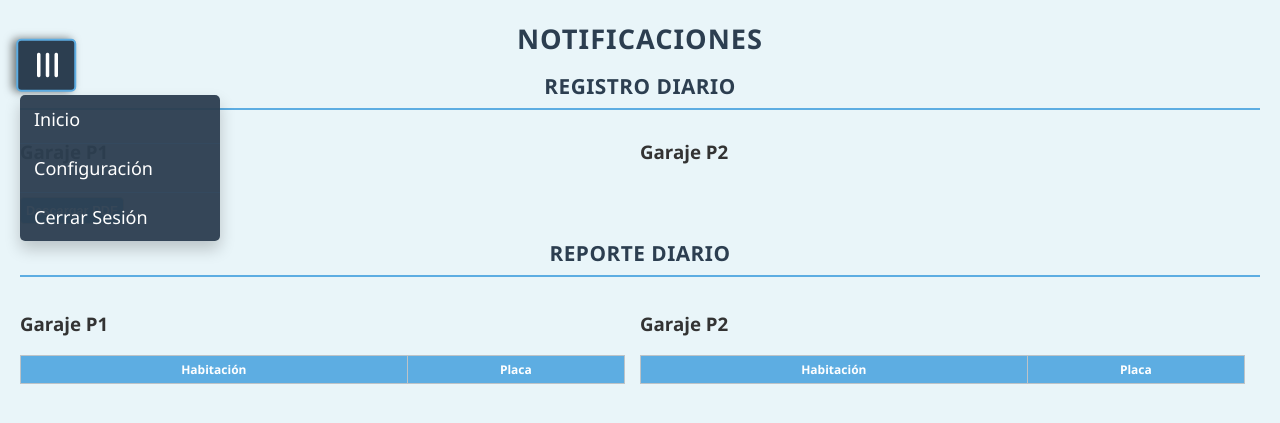
Repository: EddyWebz/base-datos
Page: privado/report.html
The author's editor kept a copy of each file at every save. The page is drawn from the files as they stood at one save, then again after the next save.
The browser window is 1280 px wide. The pictures show the whole page.
After loading, the first visible `button.menu-icon` was clicked once.
The page's requests for data from a server got no answer.

Above is the page before, as saved 2024-08-29 21:52:24.

### privado/report.html
<!DOCTYPE html>
<html lang="es">
<head>
    <meta charset="UTF-8">
    <meta name="viewport" content="width=device-width, initial-scale=1, maximum-scale=1, user-scalable=no"> <!-- Desactiva el zoom -->
    <title>Notificaciones y Reportes de Vehículos</title>
    <!-- Vinculación al archivo CSS de notificaciones -->
    <link rel="apple-touch-icon" sizes="180x180" href="/ico.rep/apple-touch-icon.png">
    <link rel="icon" type="image/png" sizes="32x32" href="/ico.rep/favicon-32x32.png">
    <link rel="icon" type="image/png" sizes="16x16" href="/ico.rep/favicon-16x16.png">
    <link rel="manifest" href="/ico.rep/site.webmanifest">
    <link rel="stylesheet" href="/notif.css">
    <!-- Iconos de Font Awesome -->
    <link rel="stylesheet" href="https://cdnjs.cloudflare.com/ajax/libs/font-awesome/6.0.0-beta3/css/all.min.css">
    <script src="https://cdnjs.cloudflare.com/ajax/libs/html2pdf.js/0.9.2/html2pdf.bundle.min.js"></script>
</head>
<body>
    <!-- Menú desplegable -->
    <div class="dropdown-menu">
        <button class="menu-icon">
            <i class="fas fa-bars"></i> <!-- Ícono de Font Awesome -->
        </button>
        <div class="dropdown-content">
            <a href="#" id="home-link">Inicio</a>
            <a href="#" id="home-link">Configuración</a>
            <a href="#" id="logout-button">Cerrar Sesión</a>
        </div>
    </div>

    <!-- Encabezado de la página -->
    <header>
        <h1>Notificaciones</h1>
    </header>

    <!-- Sección de Notificaciones Activas -->
    <section id="notificaciones">
        <h2>Registro Diario</h2>
        <div class="notificaciones-garajes">
            <div class="garaje">
                <h3>Garaje P1</h3>
                <div id="notificaciones-contenedor-P1" class="notificaciones-contenedor">
                    <!-- Las notificaciones dinámicas de P1 se insertarán aquí -->
                </div>
            </div>
            <div class="garaje">
                <h3>Garaje P2</h3>
                <div id="notificaciones-contenedor-P2" class="notificaciones-contenedor">
                    <!-- Las notificaciones dinámicas de P2 se insertarán aquí -->
                </div>
            </div>
        </div>
    </section>

    <!-- Sección de Reportes -->
    <form id="form-reporte">
        <!-- Botón de Imprimir -->
        <button type="button" id="btn-imprimir">Descargar PDF</button>
    </form>
    <h2>Reporte Diario</h2>

    <div class="reportes-garajes" id="Imprimir">
        <div class="garaje">
            <h3>Garaje P1</h3>
            <table id="tabla-reporte-P1" class="compact-table">
                <thead>
                    <tr>
                        <th>Habitación</th>
                        <th>Placa</th>
                    </tr>
                </thead>
                <tbody>
                    <!-- Las filas de datos se insertarán dinámicamente aquí -->
                </tbody>
            </table>
        </div>

        <div class="garaje">
            <h3>Garaje P2</h3>
            <table id="tabla-reporte-P2" class="compact-table">
                <thead>
                    <tr>
                        <th>Habitación</th>
                        <th>Placa</th>
                    </tr>
                </thead>
                <tbody>
                    <!-- Las filas de datos se insertarán dinámicamente aquí -->
                </tbody>
            </table>
        </div>
    </div>

    <!-- Vinculación al archivo JavaScript de notificaciones y reportes -->
    <script src="/report.js"></script>
</body>
</html>

### BASE-2/notif.css
/* Estilos Generales */
body {
    font-family: 'Segoe UI', Tahoma, Geneva, Verdana, sans-serif;
    background-color: #e9f5f9; /* Un fondo azul claro suave */
    color: #333;
    margin: 20px;
    padding: 0;
    box-sizing: border-box;
}

/* Encabezado */
header h1 {
    text-align: center;
    color: #2c3e50;
    font-size: 1.7em;
    margin-bottom: 11px;
    text-transform: uppercase;
    letter-spacing: 1px;
    animation: fadeIn 1s ease-in-out;
}

/* Estilo unificado para h2 */
h2 {
    color: #2c3e50; /* Un color azul oscuro */
    font-size: 1.3em; /* Tamaño de fuente ajustado */
    font-weight: bold;
    text-align: center; /* Centrar los títulos */
    margin-top: 15px;
    margin-bottom: 15px;
    padding-bottom: 8px;
    border-bottom: 2px solid #5dade2; /* Añadir un borde inferior para separar visualmente */
    letter-spacing: 0.5px;
    text-transform: uppercase; /* Convertir a mayúsculas para consistencia */
    animation: fadeIn 1s ease-in-out;
}

/* Sección de Notificaciones */
#notificaciones h2 {
    margin-bottom: 10px;
    animation: fadeIn 1s ease-in-out;
}

.notificaciones-garajes {
    display: flex;
    justify-content: space-between; /* Permite que los contenedores de garaje ocupen todo el ancho */
}

.garaje {
    flex: 1;
    margin-right: 15px; /* Reducir espacio entre columnas de garajes */
}

.notificaciones-contenedor {
    display: flex;
    flex-direction: column;
    gap: 3px; /* Reducir el espacio entre notificaciones */
    animation: slideInUp 0.5s ease-in-out;
}

.notificacion {
    background-color: #ffffff;
    border-left: 3px solid #5dade2; /* Azul suave para el borde */
    padding: 3px; /* Reducir padding interno */
    box-shadow: 0 2px 4px rgba(0, 0, 0, 0.1);
    border-radius: 4px;
    width: 100%;  /* Ocupa todo el ancho disponible */
    transition: transform 0.3s ease, box-shadow 0.3s ease;
    cursor: pointer;
    font-size: 0.9em; /* Reducir tamaño de la fuente */
}

.notificacion:hover {
    transform: translateY(-2px);
    box-shadow: 0 4px 6px rgba(0, 0, 0, 0.15);
}

/* Botón Descargar PDF */
button {
    padding: 8px 16px; /* Reducir tamaño del botón */
    background-color: #3498db;
    border: none;
    border-radius: 5px;
    color: white;
    font-weight: bold;
    cursor: pointer;
    transition: background-color 0.3s ease;
    margin-top: 15px; /* Agregar margen superior para separarlo del contenido */
}

button:hover {
    background-color: #2980b9;
}

/* Sección de Reportes */
#reportes h2 {
    margin-bottom: 10px;
    animation: fadeIn 1s ease-in-out;
}

#form-reporte {
    display: flex;
    flex-wrap: wrap;
    gap: 10px;
    margin-bottom: 10px;
}

#form-reporte input, #form-reporte button {
    padding: 5px;
    border-radius: 4px;
    border: 1px solid #bdc3c7;
    font-size: 0.8em;
}

#form-reporte button {
    background-color: #3498db; /* Azul suave para el botón */
    color: #ffffff;
    cursor: pointer;
    transition: background-color 0.3s ease, transform 0.3s ease;
}

#form-reporte button:hover {
    background-color: #2980b9; /* Azul más oscuro al pasar el ratón */
    transform: translateY(-2px);
}

/* Tablas de Reportes */
.reportes-garajes {
    display: flex;
    justify-content: space-between; /* Permite que las tablas de garaje ocupen todo el ancho */
}

.compact-table {
    width: 100%;
    border-collapse: collapse;
    margin-bottom: 15px; /* Reducir espacio inferior */
    font-size: 0.75em; /* Reducir tamaño de la fuente */
}

.compact-table th, .compact-table td {
    border: 1px solid #bdc3c7;
    padding: 5px; /* Reducir padding */
    text-align: center;
    background-color: #f2f6f9; /* Azul claro suave */
    color: #2c3e50;
    transition: background-color 0.3s ease;
}

.compact-table th {
    background-color: #5dade2; /* Azul suave para encabezados */
    color: white;
}

.compact-table tr:nth-child(even) {
    background-color: #ecf7fa; /* Azul aún más claro */
}

.compact-table tr:hover {
    background-color: #d0e9f5; /* Color al pasar el ratón */
}

/* Estilo del menú desplegable */
.dropdown-menu {
    position: absolute;
    top: 20px;
    left: 20px;
    z-index: 1000;
}

.menu-icon {
    background-color: #2c3e50;
    color: #ffffff;
    border: 2px solid #5dade2;
    padding: 8px;
    border-radius: 5px;
    cursor: pointer;
    font-size: 18px;
    transition: padding 0.6s cubic-bezier(0.4, 0.0, 0.2, 1),
                font-size 0.6s cubic-bezier(0.4, 0.0, 0.2, 1),
                background-color 0.6s ease,
                transform 0.6s cubic-bezier(0.4, 0.0, 0.2, 1);
    box-shadow: 0 4px 8px rgba(0, 0, 0, 0.5);
    transform: rotate(0deg);
}

.menu-icon:hover {
    background-color: #34495e;
    transform: scale(1.1);
}

.menu-icon.open {
    transform: rotate(90deg);
    transition: transform 0.6s cubic-bezier(0.4, 0.0, 0.2, 1);
}

/* Estilo del contenido desplegable con animación */
.dropdown-content {
    display: block; /* Cambiado para asegurar que esté siempre visible y manejado solo por la animación */
    position: absolute;
    left: 0;
    top: 100%;
    background-color: rgba(44, 62, 80, 0.95);
    min-width: 160px;
    box-shadow: 0px 8px 16px 0px rgba(0,0,0,0.2);
    border-radius: 5px;
    z-index: 1001;
    opacity: 0;
    transform: translateY(-10px); /* Ajuste para una transición suave */
    transition: opacity 0.5s ease, transform 0.5s ease; /* Transición para la animación */
}

.dropdown-content.show {
    opacity: 1;
    transform: translateY(0); /* Desplazamiento suave hacia abajo */
}

.dropdown-content.hide {
    opacity: 0;
    transform: translateY(-10px); /* Suave desplazamiento hacia arriba al ocultar */
    transition: opacity 0.5s ease, transform 0.5s ease; /* Transición para la animación */
}

.dropdown-content a {
    color: #ffffff;
    padding: 10px 12px;
    text-decoration: none;
    display: block;
    transition: background-color 0.4s ease;
    border-bottom: 1px solid #34495e;
}

.dropdown-content a:last-child {
    border-bottom: none;
}

.dropdown-content a:hover {
    background-color: #5dade2;
}

/* Aumentar tamaño en pantallas grandes */
@media (min-width: 792px) {
    .menu-icon {
        padding: 12px;
        font-size: 28px;
    }

    .dropdown-content {
        min-width: 200px; /* Aumentar el ancho del menú desplegable en pantallas grandes */
        font-size: 18px; /* Aumentar el tamaño del texto en pantallas grandes */
    }

    .dropdown-content a {
        font-size: 18px; /* Aumentar tamaño del texto de los enlaces */
        padding: 12px 14px; /* Aumentar padding para mayor espacio en el enlace */
    }
}

/* Animaciones */
@keyframes fadeIn {
    0% { opacity: 0; }
    100% { opacity: 1; }
}

@keyframes slideInUp {
    0% {
        transform: translateY(30px);
        opacity: 0;
    }
    100% {
        transform: translateY(0);
        opacity: 1;
    }
}

/* Estilos específicos para impresión */
@media print {
    body {
        background-color: white; /* Asegura un fondo blanco para la impresión */
        color: black; /* Asegura que el texto sea negro */
    }

    #reportes h2, #reportes h3 {
        color: black; /* Asegura que los títulos sean visibles */
    }

    #reportes table {
        width: 100%;
        border-collapse: collapse;
    }

    /* Reducir tamaño de fuente y padding en celdas */
    #reportes th, #reportes td {
        border: 1px solid #000;
        padding: 0px;
        text-align: center;
        height: 6px;
        font-size: 10px;
        background-color: white;
        color: black;
    }

    #reportes th {
        background-color: #ddd;
        color: black;
    }

    #reportes td {
        color: black;
    }

    /* Ocultar elementos no necesarios en la impresión */
    button, #form-reporte {
        display: none;
    }

    /* Ajuste para impresión en una sola página */
    #reportes {
        page-break-before: always;
    }
}

### BASE-2/report.js
document.addEventListener('DOMContentLoaded', () => {
    actualizarNotificaciones();
    generarReporteAutomatico(); // Generar el reporte automáticamente al cargar la página

    // Configurar auto-actualización cada 5 minutos para notificaciones y reporte
    setInterval(actualizarNotificaciones,  1 * 60 * 60 * 1000);
    setInterval(generarReporteAutomatico,  1 * 60 * 60 * 1000);

    // Configurar botón de impresión/descarga
    document.getElementById('btn-imprimir').addEventListener('click', imprimirReporte);

    // Redirección al hacer clic en el enlace "Inicio"
    const homeLink = document.getElementById('home-link');
    homeLink.addEventListener('click', () => {
        window.location.href = '/privado/cuerpo.html';
    });

    // Lógica para cerrar sesión
    const logoutButton = document.getElementById('logout-button');
    logoutButton.addEventListener('click', async () => {
        const response = await fetch('/logout', {
            method: 'POST',
            headers: {
                'Content-Type': 'application/json'
            }
        });

        if (response.ok) {
            window.location.href = '/login'; // Redirigir a la página de inicio de sesión después de cerrar sesión
        } else {
            alert('Error al cerrar sesión. Inténtalo de nuevo.');
        }
    });

    // ---- FUNCIONES DE INTERACCIÓN PARA EL MENÚ ----
    const menuIcon = document.querySelector('.menu-icon');
    const dropdownContent = document.querySelector('.dropdown-content');

    menuIcon.addEventListener('click', () => {
        dropdownContent.classList.toggle('show');
        menuIcon.classList.toggle('open');
    });

    window.addEventListener('click', (e) => {
        if (!menuIcon.contains(e.target) && !dropdownContent.contains(e.target)) {
            dropdownContent.classList.remove('show');
            menuIcon.classList.remove('open');
        }
    });
});

// Resto del código...

// Función para obtener y actualizar las notificaciones activas
function actualizarNotificaciones() {
    fetch('/api/notas/notificaciones')
        .then(response => response.json())
        .then(data => {
            console.log('Notificaciones recibidas:', data); // Para depuración

            const contenedorP1 = document.getElementById('notificaciones-contenedor-P1');
            const contenedorP2 = document.getElementById('notificaciones-contenedor-P2');
            contenedorP1.innerHTML = ''; // Limpiar contenido previo
            contenedorP2.innerHTML = ''; // Limpiar contenido previo

            data.P1.forEach(notificacion => {
                const div = document.createElement('div');
                div.classList.add('notificacion');
                div.innerHTML = `<p><strong>Habitación:</strong> ${notificacion.habitacion} <strong>Placa:</strong> ${notificacion.plate}</p>`;
                contenedorP1.appendChild(div);
            });

            data.P2.forEach(notificacion => {
                const div = document.createElement('div');
                div.classList.add('notificacion');
                div.innerHTML = `<p><strong>Habitación:</strong> ${notificacion.habitacion} <strong>Placa:</strong> ${notificacion.plate}</p>`;
                contenedorP2.appendChild(div);
            });
        })
        .catch(error => console.error('Error al obtener notificaciones:', error));
}

// Función para generar y actualizar el reporte automático de vehículos en garaje
function generarReporteAutomatico() {
    fetch('/api/notas/reportes')
        .then(response => response.json())
        .then(data => {
            console.log('Datos del reporte recibidos:', data); // Para depuración

            const tbodyP1 = document.getElementById('tabla-reporte-P1').querySelector('tbody');
            const tbodyP2 = document.getElementById('tabla-reporte-P2').querySelector('tbody');
            tbodyP1.innerHTML = ''; // Limpiar contenido previo
            tbodyP2.innerHTML = ''; // Limpiar contenido previo

            data.P1.forEach(registro => {
                const tr = document.createElement('tr');
                tr.innerHTML = `<td>${registro.habitacion}</td><td>${registro.plate}</td>`;
                tbodyP1.appendChild(tr);
            });

            data.P2.forEach(registro => {
                const tr = document.createElement('tr');
                tr.innerHTML = `<td>${registro.habitacion}</td><td>${registro.plate}</td>`;
                tbodyP2.appendChild(tr);
            });
        })
        .catch(error => console.error('Error al generar el reporte:', error));
}

// Función para imprimir o descargar el reporte como PDF
function imprimirReporte() {
    // Verificar si la página ya ha sido recargada
    if (!window.location.hash) {
        window.location = window.location + '#imprimir';
        window.location.reload();
    } else {
        // Si ya ha sido recargada, procede a imprimir solo la parte del reporte
        const printContents = document.getElementById('Imprimir').innerHTML;
        const originalContents = document.body.innerHTML;

        document.body.innerHTML = printContents;
        window.print();
        document.body.innerHTML = originalContents;

        // Esto es para evitar que la URL tenga el hash #imprimir
        window.history.replaceState('', document.title, window.location.pathname);
    }
}

// Refrescar la página después de cerrar el cuadro de diálogo de impresión
window.addEventListener('afterprint', function() {
    window.location.reload();
});

After the next save:
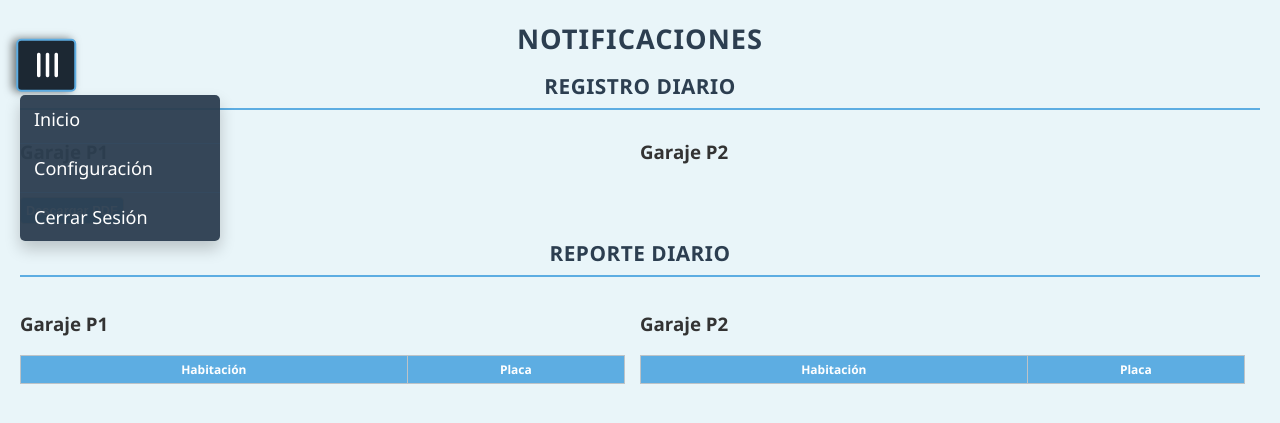
Saved 3 min 4 s later.
--- a/BASE-2/notif.css
+++ b/BASE-2/notif.css
@@ -186,6 +186,11 @@ button:hover {
     background-color: #34495e;
     transform: scale(1.1);
 }
+.menu-icon:hover, .menu-icon.open {
+    background-color: #1c2833; /* Un color más oscuro para el estado activo */
+    transform: scale(1.15); /* Un poco más grande al estar activo */
+}
+
 
 .menu-icon.open {
     transform: rotate(90deg);
